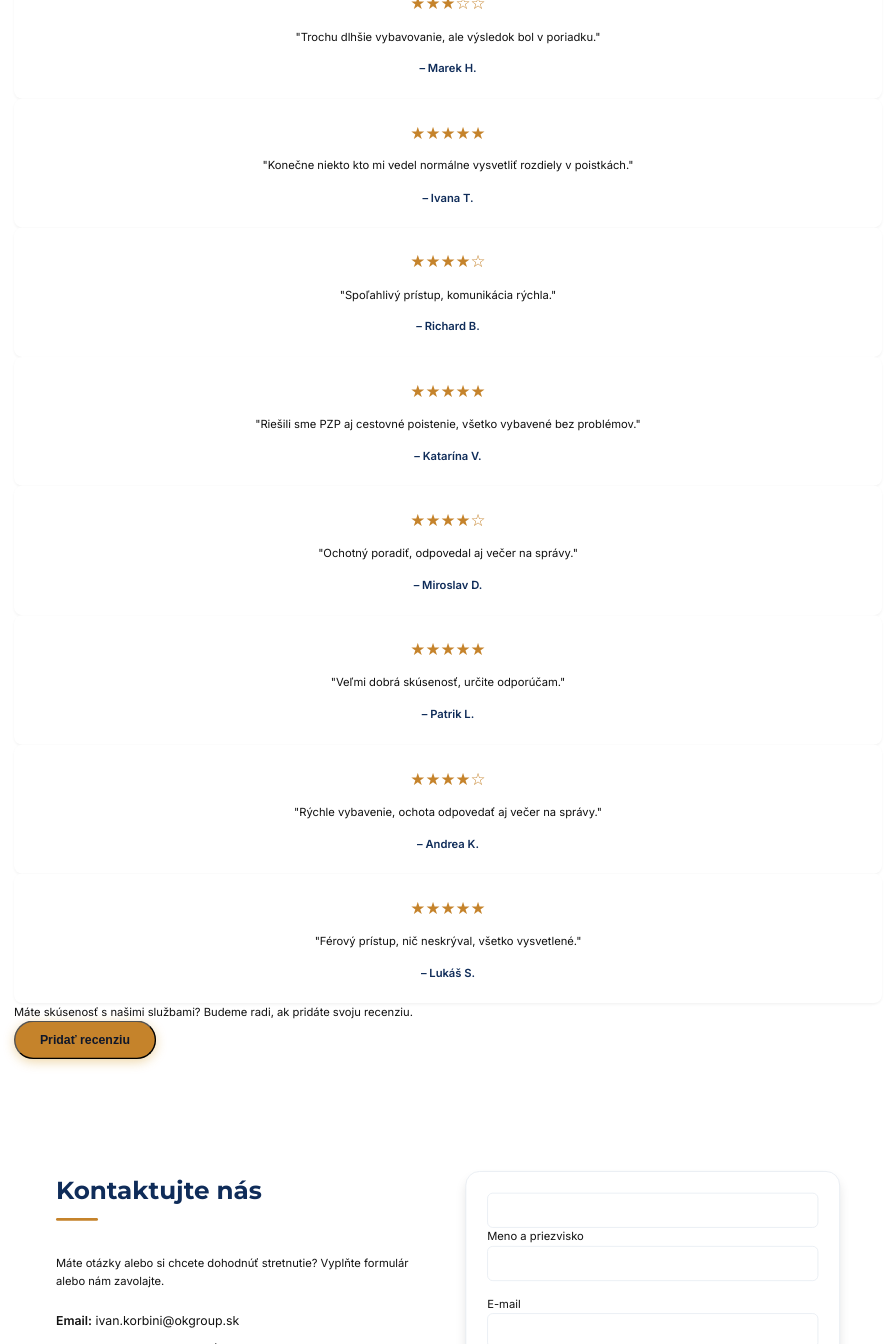
Repository: IvanK03/personal_web
Page: web/index.html
The author's editor kept a copy of each file at every save. The page is drawn from the files as they stood at one save, then again after the next save.
The browser window is 1280 px wide. The pictures show the part of the page from y = 4580 to 6500 px (the page is 7649 px tall before and 7599 px after), at 70% of full size.

Above is the page before, as saved 2026-04-18 17:20:14.

After the next save:
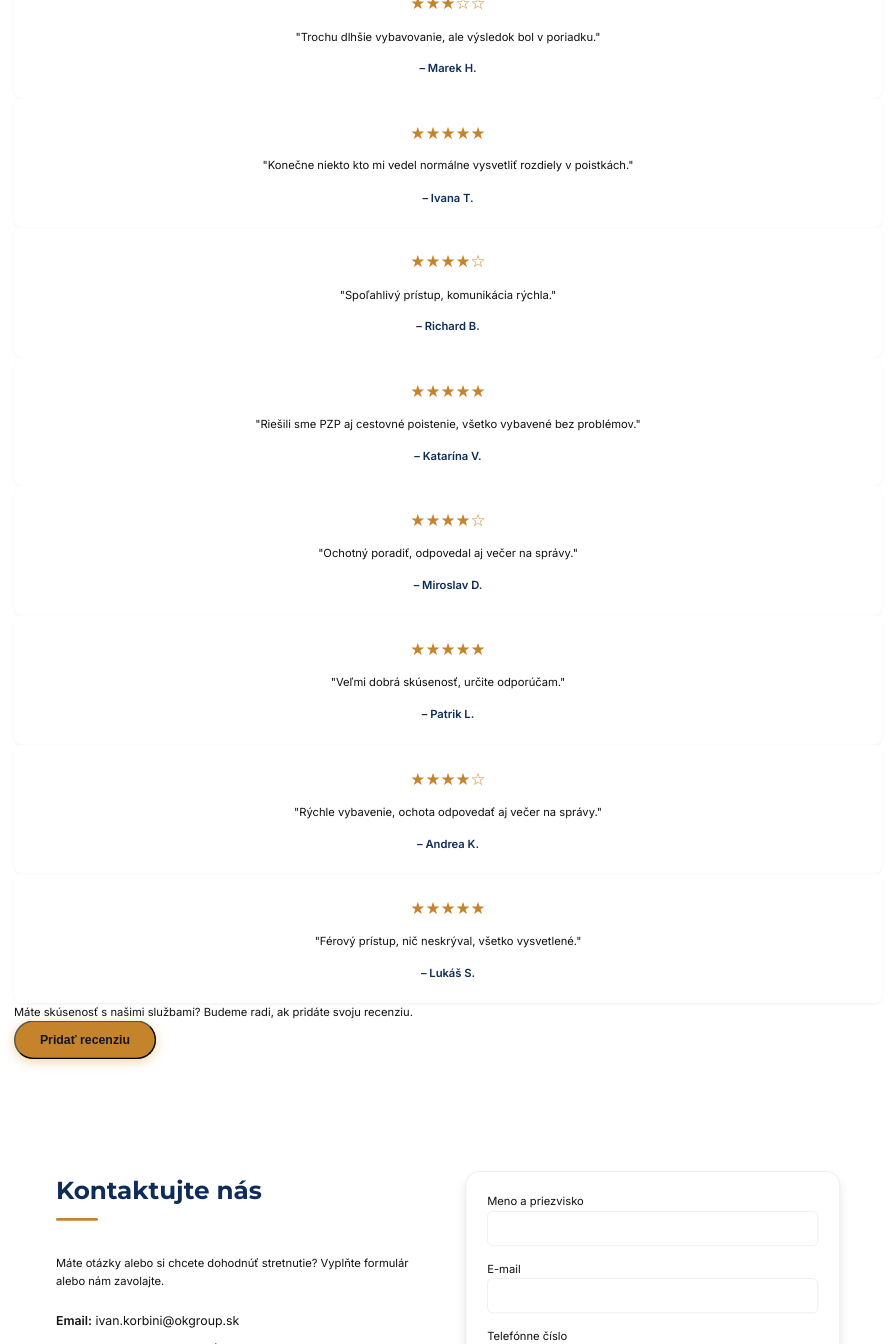
Saved 2 min 20 s later.
--- a/web/index.html
+++ b/web/index.html
@@ -368,16 +368,13 @@
                 <form
                     id="contact-form"
                     action="https://formsubmit.co/ivan.korbini@gmail.com"
-                    data-submit-mode="native"
                     method="post"
                     class="contact-form"
                 >
                     <input type="hidden" name="_subject" value="Nový dopyt z webu FinKorb">
                     <input type="hidden" name="_template" value="table">
                     <input type="hidden" name="_captcha" value="false">
-                    <input type="hidden" name="_replyto" id="contact-replyto" value="">
-                    <input type="hidden" name="_next" id="contact-next" value="">
-                    <input type="text" name="_honey" class="hp-field" tabindex="-1" autocomplete="off">
+                    <input type="text" name="_honey" style="display:none" tabindex="-1" autocomplete="off">
 
                     <div class="form-group">
                         <label for="name">Meno a priezvisko</label>
